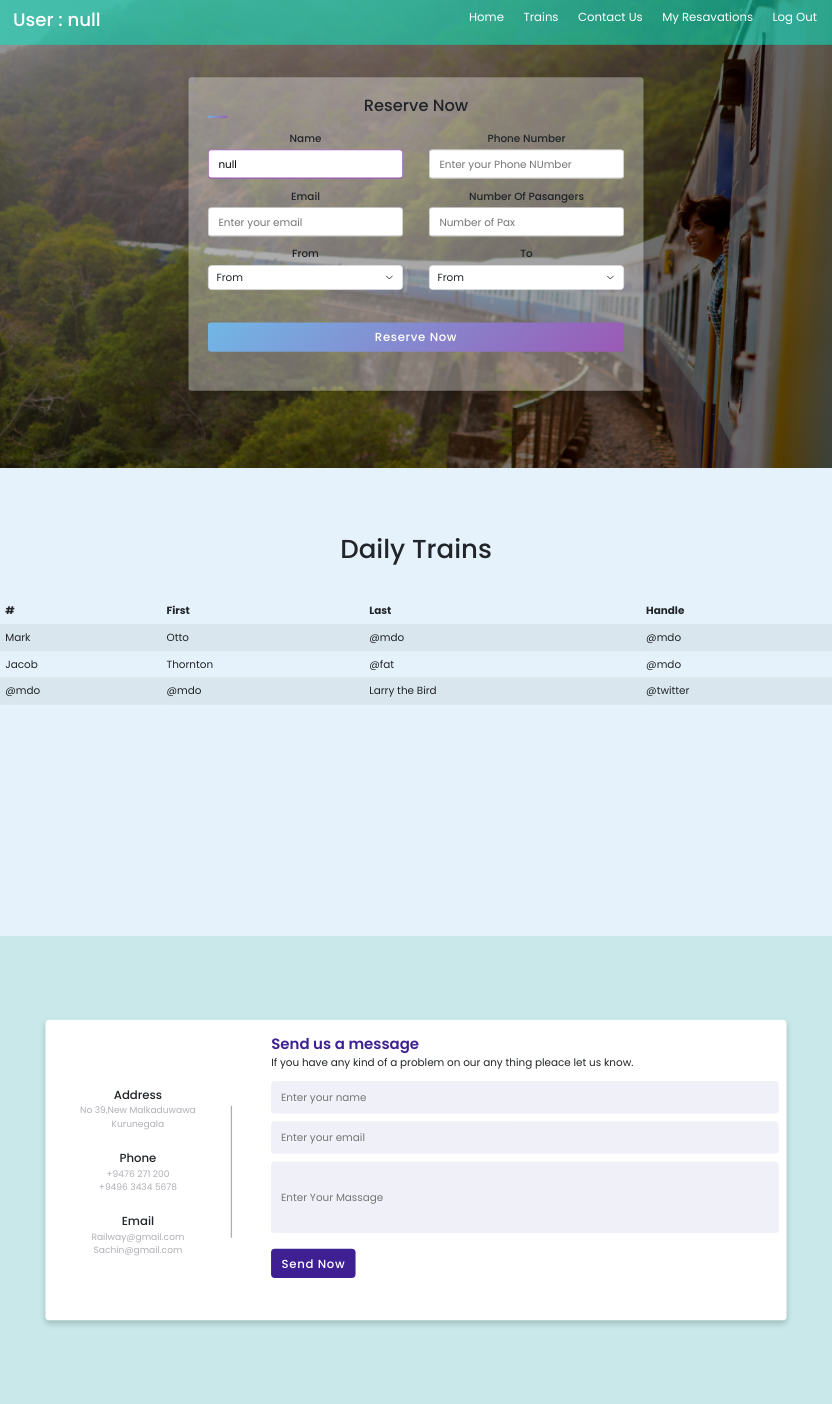
Repository: SachinUthpala/Railway-Reservation
Page: http://localhost/Railway/Reserve/reserve.jsp
These files come from the project's save history. The page is drawn as it stood at one moment and after the next save; the edit follows.
The browser window is 1280 px wide. The pictures show the whole page, at 65% of full size.
The page is served by Tomcat 9.

Above is the page before, as saved 2023-05-19 16:23:22.

After the next save:
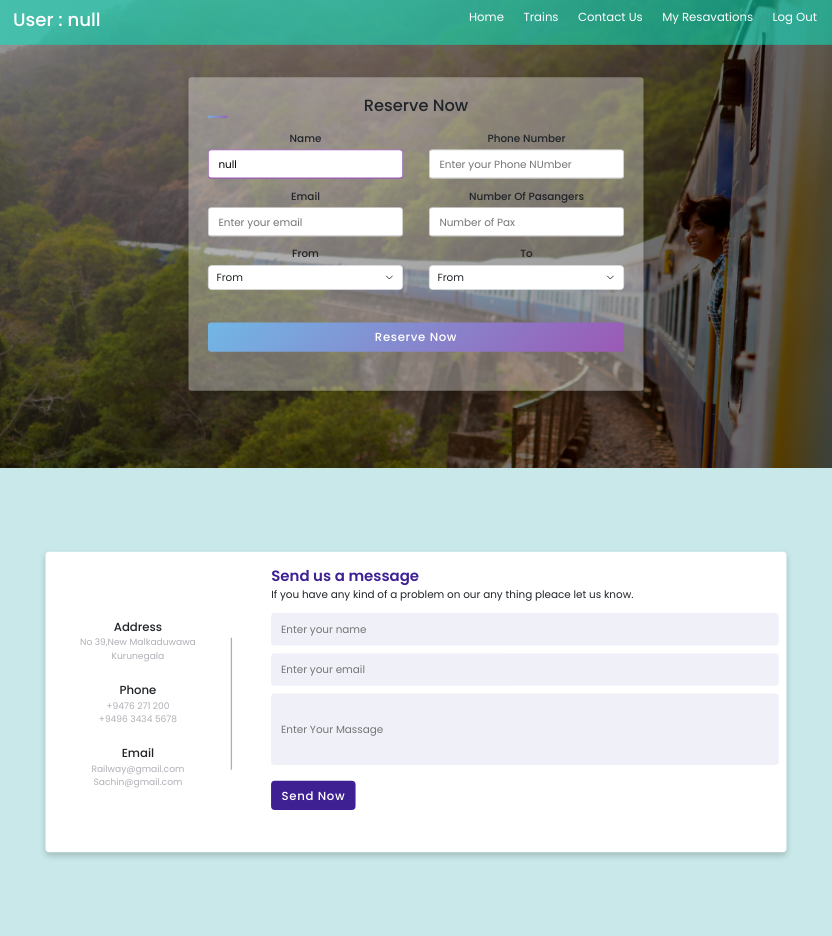
Saved 2 min 54 s later.
--- a/Railway/src/main/webapp/Reserve/reserve.jsp
+++ b/Railway/src/main/webapp/Reserve/reserve.jsp
@@ -92,42 +92,7 @@ System.out.println("\n Username :"+Username);
 </div>
 <!-- resavation form end -->
 
-<div class="trains" id="trains">
-  <h1 style="padding-top: 100px;">Daily Trains</h1>
-  <br>
-  <table class="table table-striped table-hover">
-  <thead>
-    <tr>
-      <th scope="col">#</th>
-      <th scope="col">First</th>
-      <th scope="col">Last</th>
-      <th scope="col">Handle</th>
-    </tr>
-  </thead>
-  <tbody>
-    <tr>
 
-      <td>Mark</td>
-      <td>Otto</td>
-      <td>@mdo</td>
-      <td>@mdo</td>
-    </tr>
-    <tr>
-
-      <td>Jacob</td>
-      <td>Thornton</td>
-      <td>@fat</td>
-      <td>@mdo</td>
-    </tr>
-    <tr>
-      <td>@mdo</td>
-      <td>@mdo</td>
-      <td>Larry the Bird</td>
-      <td>@twitter</td>
-    </tr>
-  </tbody>
-</table>
-</div>
 
 <!--contact us form-->
 <div class="mainContact" id="contact">
